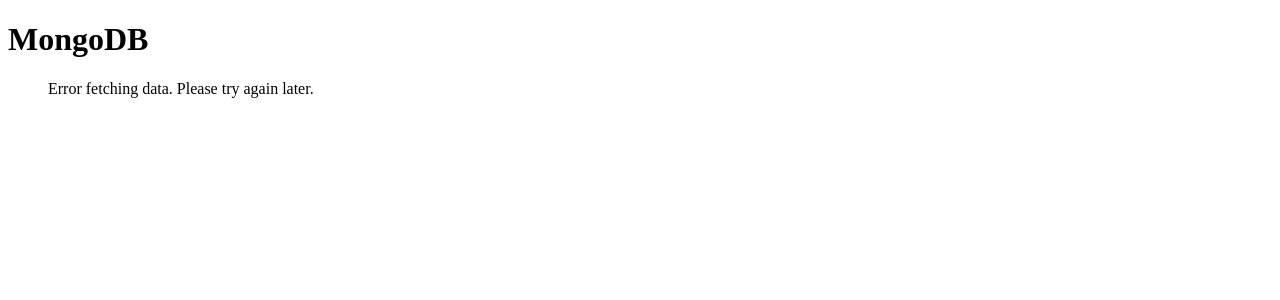
Repository: kamon010/Project1
Page: public/index.html
These files come from the project's save history. The page is drawn as it stood at one moment and after the next save; the edit follows.
The browser window is 1280 px wide. The pictures show the whole page.
The page's requests for data from a server got no answer.

Above is the page before, as saved 2024-08-20 00:25:37.

After the next save:
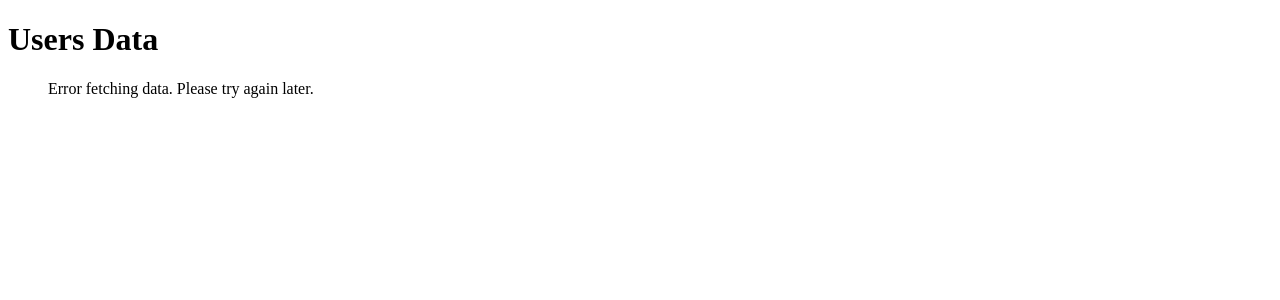
Saved 16 s later.
--- a/public/index.html
+++ b/public/index.html
@@ -4,11 +4,11 @@
 <head>
     <meta charset="UTF-8">
     <meta name="viewport" content="width=device-width, initial-scale=1.0">
-    <title>MongoDB Data Display</title>
+    <title>MySQL Data Display</title>
 </head>
 
 <body>
-    <h1>MongoDB</h1>
+    <h1>Users Data</h1>
     <ul id="data-list"></ul>
 
     <script>
@@ -20,14 +20,14 @@
                 }
 
                 const data = await response.json();
+                const list = document.getElementById('data-list');
 
-                const list = document.getElementById('data-list');
                 if (data.length === 0) {
                     list.textContent = 'ไม่มีข้อมูลในฐานข้อมูล';
                 } else {
                     data.forEach(item => {
                         const listItem = document.createElement('li');
-                        listItem.textContent = `ชื่อ: ${item.name}, อีเมล: ${item.email}, อายุ: ${item.age}, งานอดิเรก: ${item.hobbies.join(', ')}`;
+                        listItem.textContent = `ID: ${item.Users_id}, Username: ${item.Username}, Password: ${item.Password}`;
                         list.appendChild(listItem);
                     });
                 }
